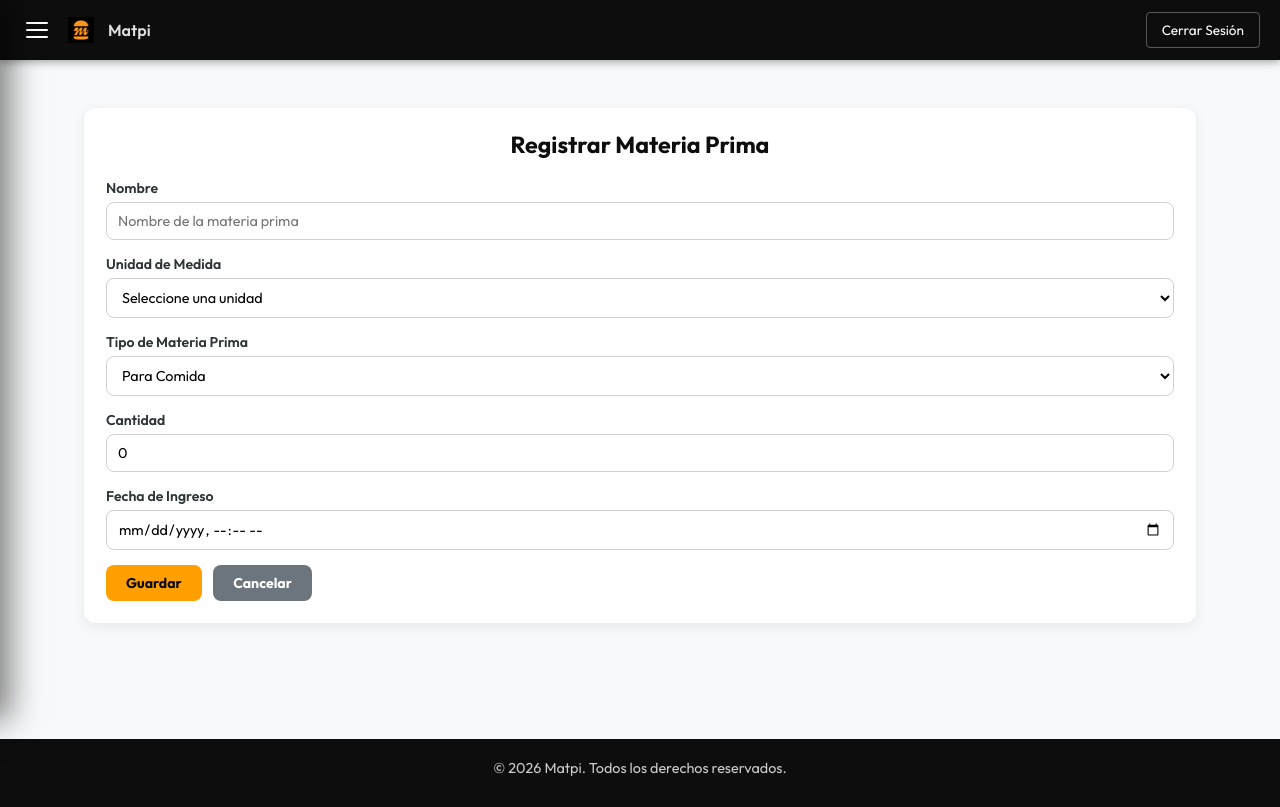
Repository: JuanFelipeNieto/MATPI-Python
Page: MATPI/materia_prima/templates/materia_prima/registrar.html
An editor plug-in stored every save of this project. The page is shown before and after a run of saves, followed by the edit.
The browser window is 1280 px wide. The pictures show the whole page.
The template is drawn by Django 5.2. The application's start-up code is not run. The template is opened directly, without the code that normally fills it, so the values that code supplies are empty.

Above is the page before, as saved 2026-03-19 09:45:42.

After the next 2 saves:
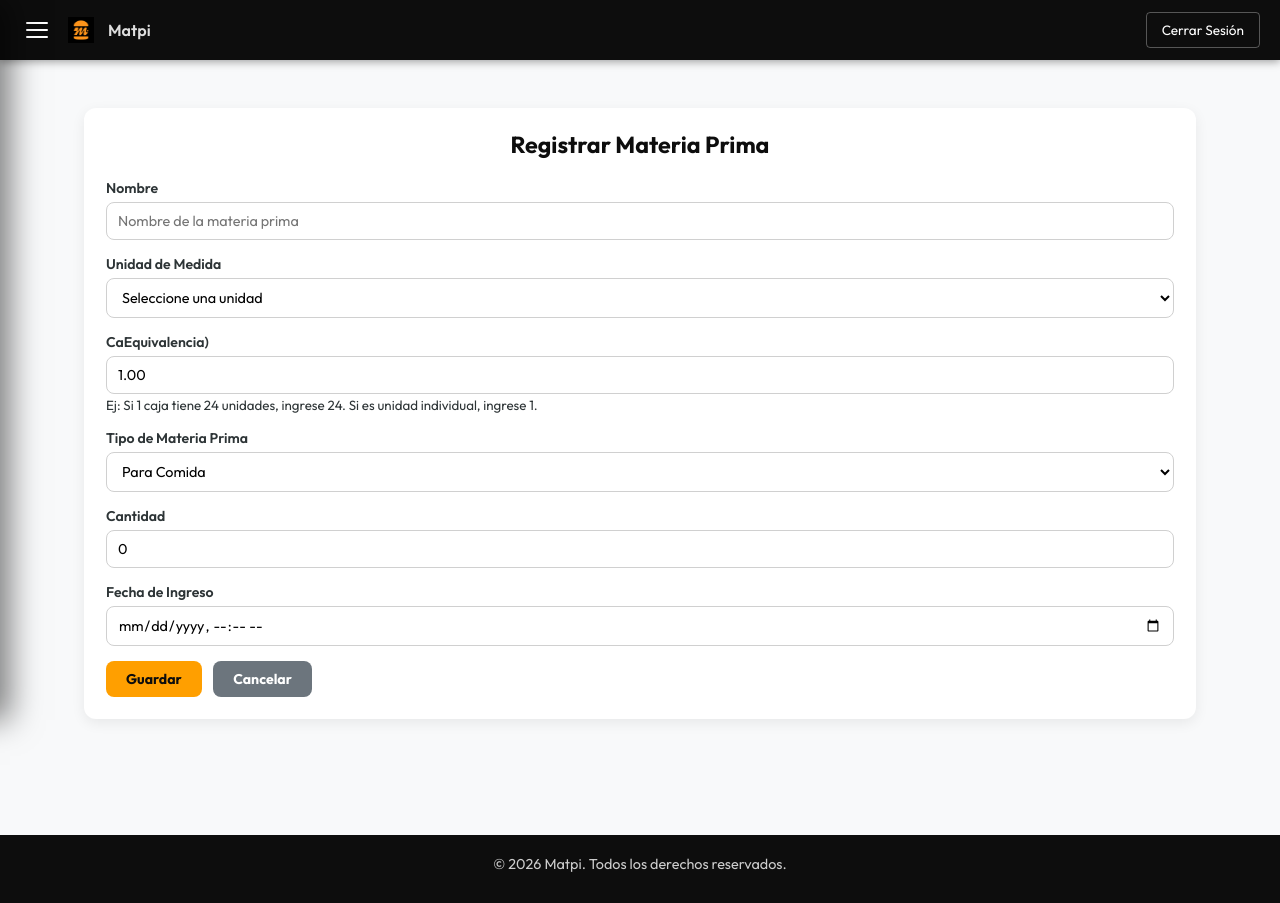
The 2 saves are shown as one change because they came seconds apart.
The last was saved 31 h 41 min later.
--- a/MATPI/materia_prima/templates/materia_prima/registrar.html
+++ b/MATPI/materia_prima/templates/materia_prima/registrar.html
@@ -29,6 +29,12 @@
         </div>
 
         <div class="form-group">
+            <label for="txt_cantidad_unidad">CaEquivalencia)</label>
+            <input type="number" id="txt_cantidad_unidad" name="txt_cantidad_unidad" step="0.01" value="1.00" required>
+            <small>Ej: Si 1 caja tiene 24 unidades, ingrese 24. Si es unidad individual, ingrese 1.</small>
+        </div>
+
+        <div class="form-group">
             <label for="txt_tipo">Tipo de Materia Prima</label>
             <select id="txt_tipo" name="txt_tipo" required>
                 <option value="Comida" selected>Para Comida</option>
